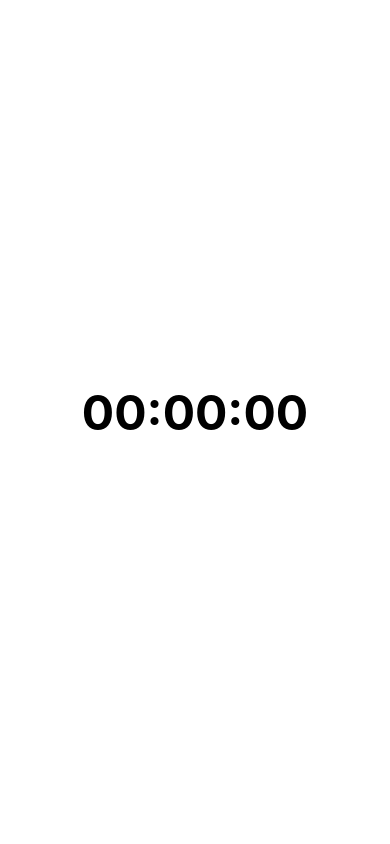
Repository: Shopify/eng-intern-assessment-react-native
Screen: /
The author's editor kept a copy of each file at every save. The screen is drawn from the files as they stood at one save, then again after the next save.
The app was drawn by React Native's web renderer in a window 390 px wide. The project was rebuilt for these pictures with package versions that can differ from the ones it lists, and the page was loaded fresh each time.

Above is the screen before, as saved 2024-01-13 11:33:14.

### App.tsx
import { StatusBar } from 'expo-status-bar';
import { StyleSheet, Text, View } from 'react-native';
import StopWatch from './src/StopWatch';

export default function App() {
  return (
    <View style={styles.container}>
      <StopWatch></StopWatch>
      <StatusBar style="auto" />
    </View>
  );
}

const styles = StyleSheet.create({
  container: {
    flex: 1,
    backgroundColor: '#fff',
    alignItems: 'center',
    justifyContent: 'center',
  },
});

### src/StopWatch.tsx
import React, { useState, useEffect } from 'react';
import { View, Text, ScrollView, StyleSheet } from 'react-native';
import StopWatchButton from './StopWatchButton'; // Import custom button component

export default function StopWatch() {
  // State for tracking if stopwatch is running
  const [isRunning, setIsRunning] = useState(false);
  // State for tracking current time in seconds
  const [time, setTime] = useState<number>(0);
  // State for storing lap times
  const [laps, setLaps] = useState<number[]>([]);

  // Effect to handle the running of the stopwatch
  useEffect(() => {
    let interval: ReturnType<typeof setInterval>;
    if (isRunning) {
      // Set up an interval to increment time every second
      interval = setInterval(() => {
        setTime(prevTime => prevTime + 1);
      }, 1000);
    }
    // Clear interval when component unmounts or stopwatch stops
    return () => clearInterval(interval);
  }, [isRunning]);

  // Function to start the stopwatch
  const start = () => setIsRunning(true);
  // Function to stop/pause the stopwatch
  const stop = () => setIsRunning(false);
  // Function to resume the stopwatch
  const resume = () => setIsRunning(true);
  // Function to reset the stopwatch
  const reset = () => {
    setIsRunning(false);
    setTime(0);
    setLaps([]);
  };
  // Function to record a lap
  const recordLap = () => setLaps([...laps, time]);

  // Function to format the time into a readable format
  const formatTime = (time: number) => {
    const hours = Math.floor(time / 3600);
    const minutes = Math.floor((time % 3600) / 60);
    const seconds = time % 60;
    // Formats time in hh:mm:ss format
    return `${hours.toString().padStart(2, '0')}:${minutes.toString().padStart(2, '0')}:${seconds.toString().padStart(2, '0')}`;
  };

  // Render the stopwatch component
  return (
    <View style={styles.stopwatchContainer}>
      {/* Time display */}
      <Text style={styles.timeDisplay}>{formatTime(time)}</Text>
      {/* Container for laps */}
      <ScrollView style={styles.lapsContainer} testID="lap-list">
        {laps.map((lap, index) => (
          <Text key={index} style={styles.lapText}>{formatTime(lap)}</Text>
        ))}
      </ScrollView>
      {/* Container for buttons */}
      <View style={styles.buttonsContainer}>
        {!isRunning && time === 0 && <StopWatchButton title="Start" onPress={start} />}
        {isRunning && <StopWatchButton title="Stop" onPress={stop} />}
        {!isRunning && time !== 0 && <StopWatchButton title="Resume" onPress={resume} />}
        {isRunning && <StopWatchButton title="Lap" onPress={recordLap} />}
        {!isRunning && time !== 0 && <StopWatchButton title="Reset" onPress={reset} />}
      </View>
    </View>
  );
}

// Styles for the stopwatch component
const styles = StyleSheet.create({
  stopwatchContainer: {
    alignItems: 'center',
    justifyContent: 'center',
  },
  timeDisplay: {
    fontSize: 48,
    fontWeight: 'bold',
    marginVertical: 30,
  },
  lapsContainer: {
    alignSelf: 'stretch',
  },
  lapText: {
    fontSize: 18,
    textAlign: 'center',
  },
  buttonsContainer: {
    flexDirection: 'row',
    justifyContent: 'space-around',
    marginTop: 20,
    width: '100%',
  },
});

### src/StopWatchButton.tsx
import { View } from 'react-native';

export default function StopWatchButton() {
  return (
    <View >
    </View>
  );
}

After the next save:
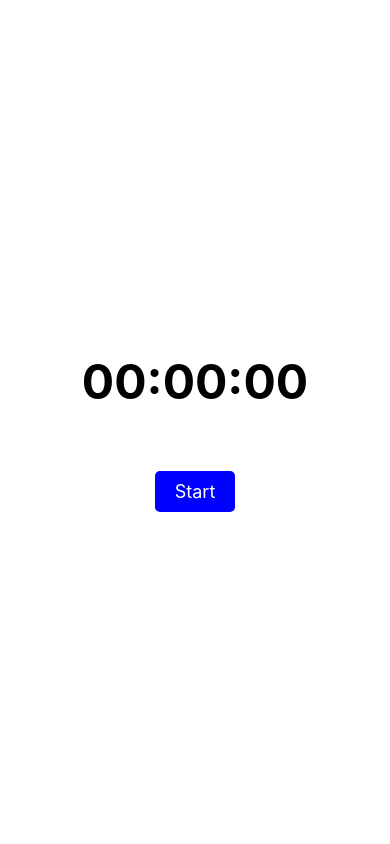
Saved 6 s later.
--- a/src/StopWatchButton.tsx
+++ b/src/StopWatchButton.tsx
@@ -1,8 +1,37 @@
-import { View } from 'react-native';
+import React from 'react';
+import { TouchableOpacity, Text, StyleSheet } from 'react-native';
 
-export default function StopWatchButton() {
+// Define props type for the StopWatchButton component
+interface StopwatchButtonProps {
+  onPress: () => void; // Function to handle button press
+  title: string;       // Text to display on the button
+}
+
+// The StopWatchButton component
+const StopWatchButton: React.FC<StopwatchButtonProps> = ({ onPress, title }) => {
   return (
-    <View >
-    </View>
+    // TouchableOpacity is used for the button to provide feedback on touch
+    <TouchableOpacity onPress={onPress} style={styles.button}>
+      {/* Text component displays the title of the button */}
+      <Text style={styles.buttonText}>{title}</Text>
+    </TouchableOpacity>
   );
-}
+};
+
+// StyleSheet for styling the button and the text inside it
+const styles = StyleSheet.create({
+  button: {
+    backgroundColor: 'blue',
+    padding: 10,
+    margin: 10,
+    borderRadius: 5,
+    minWidth: 80,
+    alignItems: 'center',
+  },
+  buttonText: {
+    color: 'white',
+    fontSize: 18,
+  },
+});
+
+export default StopWatchButton;
